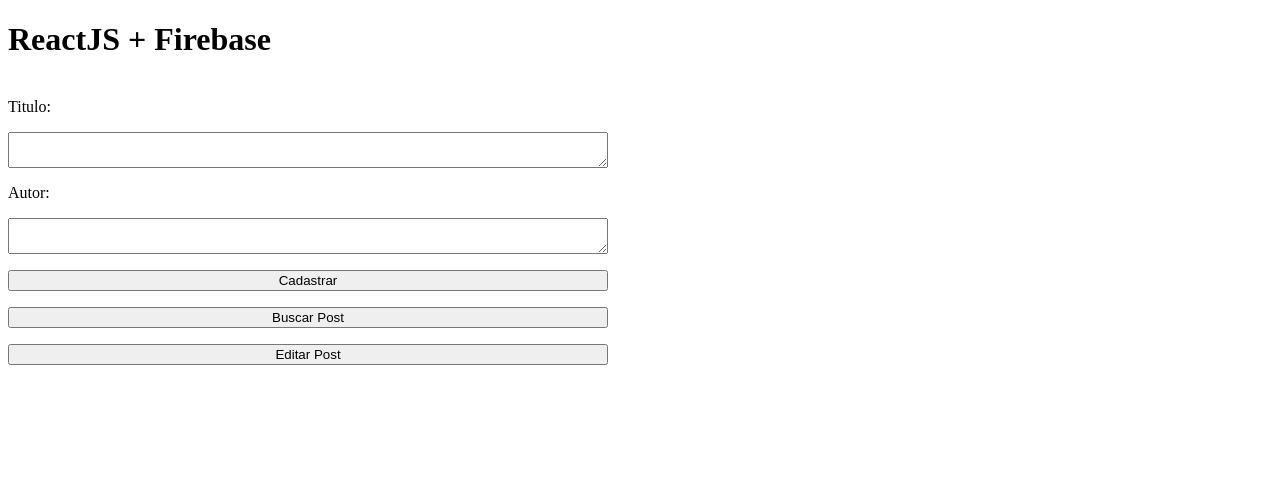
Repository: joaoaspimienta/Estudos-de-firebase
Page: /
An editor plug-in stored every save of this project. The page is shown before and after the next save, followed by the edit.
The browser window is 1280 px wide. The pictures show the whole page.
The page's requests for data from a server got no answer. The project was rebuilt for these pictures with package versions that can differ from the ones it lists, and the page was loaded fresh each time. No one was signed in, and anything a server would have sent is missing.

Above is the page before, as saved 2022-06-12 11:24:03.

### src/App.js
import { useEffect, useState } from "react";
import firebase from "./firebaseConnection";
import "./style.css";

function App() {
  const [titulo, setTitulo] = useState("");
  const [autor, setAutor] = useState("");
  const [posts, setPosts] = useState([]);

  useEffect(() => {
    async function loadPosts() {
      await firebase
        .firestore()
        .collection("posts")
        .onSnapshot((doc) => {
          let meusPosts = [];

          doc.forEach((item) => {
            meusPosts.push({
              id: item.id,
              titulo: item.data().titulo,
              autor: item.data().autor,
            });
          });
          setPosts(meusPosts);
        });
    }
    loadPosts();
  }, []);

  async function handleAdd() {
    await firebase
      .firestore()
      .collection("posts")
      .add({
        titulo: titulo,
        autor: autor,
      })
      .then(() => {
        alert("Dados cadastrados com sucesso!");
        setTitulo("");
        setAutor("");
      })
      .catch((error) => {
        alert("GEROU ALGUM ERRO: " + error);
      });
  }
  /*  async function handleAdd(){
    await firebase.firestore().collection('posts')
    .doc('12345')
    .set({
      titulo: titulo,
      autor: autor,
    })
    .then(()=>{
      alert('Dados cadastrados com sucesso!')
    })
    .catch((error)=>{
      alert('GEROU ALGUM ERRO: ' + error)
    })
  } */

  async function buscaPost() {
    await firebase
      .firestore()
      .collection("posts")
      .get()
      .then((snapshot) => {
        let lista = [];

        snapshot.forEach((doc) => {
          lista.push({
            id: doc.id,
            titulo: doc.data().titulo,
            autor: doc.data().autor,
          });
        });
        setPosts(lista);
      })
      .catch();

    /*     await firebase.firestore().collection('posts')
    .doc('tuTKEq4Gtc2iEI9BXEGe')
    .get()
    .then((snapshot)=>{
      setTitulo(snapshot.data().titulo)
      setAutor(snapshot.data().autor)
    })
    .catch(()=>{
      console.log('Deu algum erro')
    }) */
  }

  async function editarPost() {
    firebase.firestore().doc("posts");
  }

  return (
    <div>
      <h1>ReactJS + Firebase</h1>
      <br />

      <div className="container">
        <label>Titulo: </label>
        <textarea
          type="text"
          value={titulo}
          onChange={(e) => setTitulo(e.target.value)}
        />
        <label>Autor: </label>
        <textarea
          type="text"
          value={autor}
          onChange={(e) => setAutor(e.target.value)}
        />
        <button onClick={handleAdd}>Cadastrar</button>
        <button onClick={buscaPost}>Buscar Post</button>
        <button onClick={editarPost}>Editar Post</button> <br />
        <ul>
          {posts.map((post) => {
            return (
              <li key={post.id}>
                <span>ID: {post.id}</span>
                <br />
                <span>Titulo: {post.titulo}</span> <br />
                <span>Autor: {post.autor}</span> <br />
                <br />
              </li>
            );
          })}
        </ul>
      </div>
    </div>
  );
}

export default App;

### src/firebaseConnection.js
import firebase from 'firebase/app'
import 'firebase/firestore'

let firebaseConfig = {
  apiKey: "AIzaSyBM8zXTuMB9OuHMgazGoDHqoWQcRxFFhw8",
  authDomain: "react-zero-ao-avancado.firebaseapp.com",
  projectId: "react-zero-ao-avancado",
  storageBucket: "react-zero-ao-avancado.appspot.com",
  messagingSenderId: "829524555310",
  appId: "1:829524555310:web:21abf5fa7f77d62df511bf",
  measurementId: "G-5HZY1965W8"
};

if(!firebase.apps.length){
  firebase.initializeApp(firebaseConfig)
}

export default firebase;

### src/style.css
.container{
  width: 600px;
  display: flex;
  flex-direction: column;
  gap: 1rem;
}

Loaded but not shown: public/index.html (common file); src/index.js (common file)

After the next save:
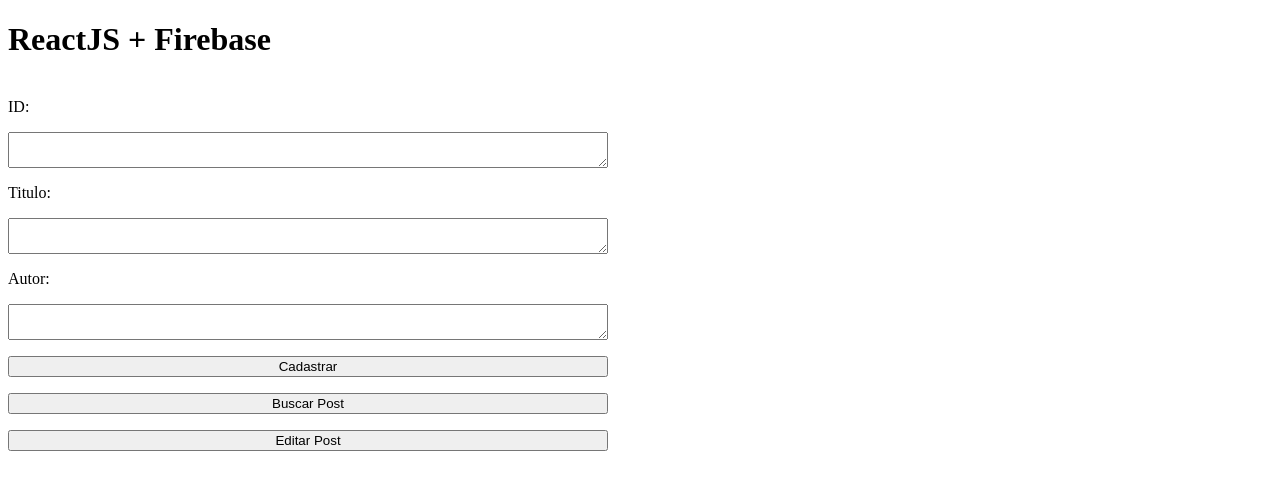
Saved 3 min 51 s later.
--- a/src/App.js
+++ b/src/App.js
@@ -5,6 +5,7 @@
 function App() {
   const [titulo, setTitulo] = useState("");
   const [autor, setAutor] = useState("");
+  const [edit, setEdit] = useState("");
   const [posts, setPosts] = useState([]);
 
   useEffect(() => {
@@ -92,7 +93,7 @@
   }
 
   async function editarPost() {
-    firebase.firestore().doc("posts");
+    firebase.firestore().collection("posts").doc();
   }
 
   return (
@@ -101,6 +102,12 @@
       <br />
 
       <div className="container">
+        <label>ID:</label>
+        <textarea
+          type="text"
+          value={edit}
+          onChange={(e) => setEdit(e.target.value)}
+        />
         <label>Titulo: </label>
         <textarea
           type="text"
